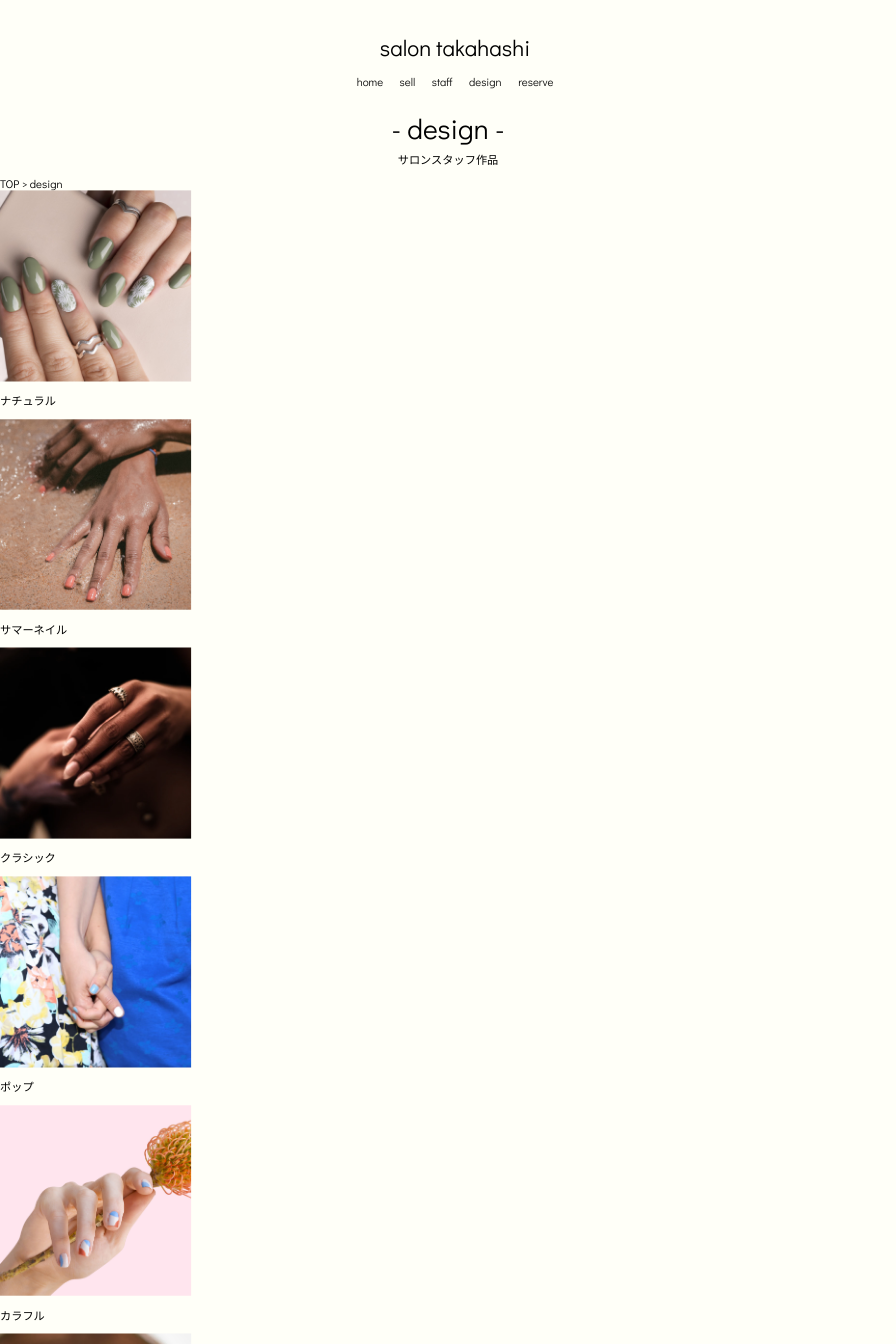
Repository: yukitakahashi1002/salontakahashi-
Page: design.html
The author's editor kept a copy of each file at every save. The page is drawn from the files as they stood at one save, then again after the next save.
The browser window is 1280 px wide. The pictures show the part of the page from y = 0 to 1920 px (the page is 2339 px tall before and 4786 px after), at 70% of full size.

Above is the page before, as saved 2023-08-05 03:28:06.

### design.html
<!DOCTYPE html>
<html>
<head>
    <title>Salon Takahashi - design サロンスタッフ作品 -</title>
    <meta charset="utf-8">
    <meta name="description" content="サロンタカハシのサロンスタッフ作品です">
    <meta name="viewport" content="width=device-width, initial-scale=1.0">
    <link rel="stylesheet" href='https://fonts.googleapis.com/css?family=Didact Gothic'>
    <link rel="stylesheet" href="css/normalize.css">
    <link rel="stylesheet" href="css/style.css">
</head>
<body>
    <!-- ヘッダー -->
    <header>
        <!-- サイトタイトル -->
        <h1>salon takahashi</h1>

        <!-- PC用ナビゲーション -->
        <nav id="nav-pc">
            <a href="/">home</a>
            <a href="sell.html">sell</a>
            <a href="staff.html">staff</a>
            <a href="design.html">design</a>
            <a href="reserve.html">reserve</a>
        </nav>
    </header>
    <main>
        <article>
            <!-- design -->
            <section id="design">
                <div class="section-title">
                    <h2 class="index-h2">- design -</h2>
                    <p>サロンスタッフ作品</p>
                </div>
                <div>TOP > design</div>
                <div id="design-flex">
                    <div class="cover-box">
                        <div class="image-box">
                            <img src="images/11062b_9df65b2e64bf4c59a4779a8c5343cb09~mv2.jpeg" alt="ナチュラルデザイン">
                            <p>ナチュラル</p>
                        </div>
                        <div class="dark-covor"></div>
                    </div>
                    <div class="cover-box">
                        <div class="image-box">
                            <img src="images/11062b_0dade67ad0db4ad1a2b6c583999e92bd~mv2.jpg" alt="サマーネイルデザイン">
                            <p>サマーネイル</p>
                        </div>
                        <div class="dark-covor"></div>
                    </div>
                    <div class="cover-box">
                        <div class="image-box">
                            <img src="images/11062b_5383a004ba374841aa02b84e27fb6b95~mv2.webp" alt="クラシックデザイン">
                            <p>クラシック</p>
                        </div>
                        <div class="dark-covor"></div>
                    </div>
                    <div class="cover-box">
                        <div class="image-box">
                            <img src="images/2def25202e084cf0a39aa2a530291a8a.webp" alt="ポップデザイン">
                            <p>ポップ</p>
                        </div>
                        <div class="dark-covor"></div>
                    </div>
                    <div class="cover-box">
                        <div class="image-box">
                            <img src="images/1a7f9b8037f3460ab6f1dd794ecc264a.jpg" alt="カラフルデザイン">
                            <p>カラフル</p>
                        </div>
                        <div class="dark-covor"></div>
                    </div>
                    <div class="cover-box">
                        <div class="image-box">
                            <img src="images/11062b_bb28f763d86a4318a737d28d7846d319~mv2.jpg" alt="シンプルデザイン">
                            <p>シンプル</p>
                        </div>
                        <div class="dark-covor"></div>
                    </div>
                </div>
            </section>
        </article>
        <footer>
            <p>salon takahashi</p>
        </footer>
    </main>
</body>
</html>

### css/style.css
@charset "utf-8";

/*
* *********************************
*　ページ全体に関わるのCSS設定
* *********************************
*/
html *,
::before,
::after {
    box-sizing: border-box;
}

html {
    font-size: 14px;
}
@media (min-width: 768px)  {
    html {
        font-size: 16px;
    }
}

body {
    font-family: 'Didact Gothic', sans-serif;
    background-color: #FFFFF8;
}

/* 標準的なリンクのテキストの色 */
a {
    color: #f30;
}



/*=============
PC用のスタイル
==============*/
/* 横幅設定 */
body {
    max-width: 1800px;
    min-width: 960px;
    margin: 0 auto 0 auto;
}

/* ヘッダー */
header {
    text-align: center;
    margin-top: 50px;
}
header > h1 {
    margin-left: 20px;
    font-weight: normal;
}

/* ナビゲーションのレイアウト */
#nav-pc > a:link {
    text-decoration: none;
    margin-left: 20px;
    color: #0d0d0d;
}

#nav-pc > a:visited {
    color: #0d0d0d;
}

#nav-pc > a:hover {
    color: #0d0d0d;
    text-decoration: underline;
}

#nav-pc > a:active {
    color: #0d0d0d;
}

/* メインビジュアル */
#main-visual {
    text-align: center;
}

#main-message > h1 {
    font-size: 60px;
    margin: 100px auto 0 auto;
    font-weight: normal;
}
#main-message > p {
    font-size: 20px;
}

#main-visual > img {
    margin: 80px auto 0 auto;
}

/* 見出し */
.section-title {
    text-align: center;
}
.section-title > P {
    margin-top: -20px;
}


h2 {
    font-weight: normal;
    font-size: 40px;
}

h3 {
    font-size: 20px;
}

/* メニュー */
#menu {
    margin: 100px auto 80px auto;
    width: 100%;
}

#menu-flex {
    width: 100%;
    display: flex;
    justify-content: space-between;
}

#menu-flex > div {
    width: 50%;
    height: 600px;
    margin-top: 50px;
}

.menu-flex-left {
    display: flex;
    align-items: flex-start;
    position: relative;
    margin-right: 20px;
    margin-left: 20px;
}

.menu-flex-left > img {
    width: 100%;
}

.placebox-left {
    width: 30%;
    position: absolute;
    top: 25%;
    left: 50%;
    -ms-transform: translate(-50%, -50%);
    -webkit-transform: translate(-50%, -50%);
    transform: translate(-50%, -50%);
    margin: 0;
    padding: 0;
    background-color: #666666;
    opacity: 0.5;
    color: #FFFFFF;
    text-align: center;
    font-weight: bold;
}

/* 商品ページの商品コメント */
.sell-description-left {
    width: 80%;
    position: absolute;
    bottom: 0;
    left: 55%;
    -ms-transform: translate(-50%, -50%);
    -webkit-transform: translate(-50%, -50%);
    transform: translate(-50%, -50%);
    margin: 0;
    padding: 0;
    text-align: left;
}

/* スタッフページスタッフ名部分 */
.staff-flex {
    text-align: center;
    margin: 3rem 0 0 0;
}

.menu-flex-right {
    display: flex;
    align-items: flex-end;
    position: relative;
    margin-right: 20px;
    margin-left: 20px;
}


.menu-flex-right > img {
    width: 100%;
}

.placebox-right {
    width: 30%;
    position: absolute;
    bottom: 10%;
    right: 20%;
    -ms-transform: translate(-50%, -50%);
    -webkit-transform: translate(-50%, -50%);
    transform: translate(-50%, -50%);
    margin: 0;
    padding: 0;
    background-color: #666666;
    opacity: 0.5;
    color: #FFFFFF;
    text-align: center;
    font-weight: bold;
}

/* 商品ページの商品コメント */
.sell-description-right {
    width: 80%;
    position: absolute;
    top: 5%;
    right: 23%;
    -ms-transform: translate(0, -50%);
    -webkit-transform: translate(0, -50%);
    transform: translate(0, -50%);
    margin: 0;
    padding: 0;
    text-align: left;
}

/* デザイン画像 */
.image-box > img {
    width: 273px;
    height: auto;
}

.menu-foot {
    text-align: left;
    width: 60%;
    margin: 0 0 0 30%;
}

.menu-foot p {
    margin: 5px 0 5px 0;
    font-size: 16px;
}

/* インフォメーション */
#information {
    margin: 100px auto 80px auto;
    width: 100%;
}

/* 表部分 */
/* height: 330px;効かない */
table {
    border-collapse:collapse;
    border-spacing: 0;
    height: 330px;
}

/* .information-table > td だと効かない */
.infomertion-left {
    width: 50%;
    height: 200px;
    background-color: #F2F2F2;
    text-align: center;
    vertical-align: center;
    line-height: 40px;
}

.infomertion-right {
    width: 50%;
    /* height: 200px; */
}

strong {
    font-size: 30px;
}

footer {
    margin: 50px auto;
    text-align: center;
}

footer p {
    font-size: 20px;
}

Loaded but not shown: css/normalize.css (library)

After the next save:
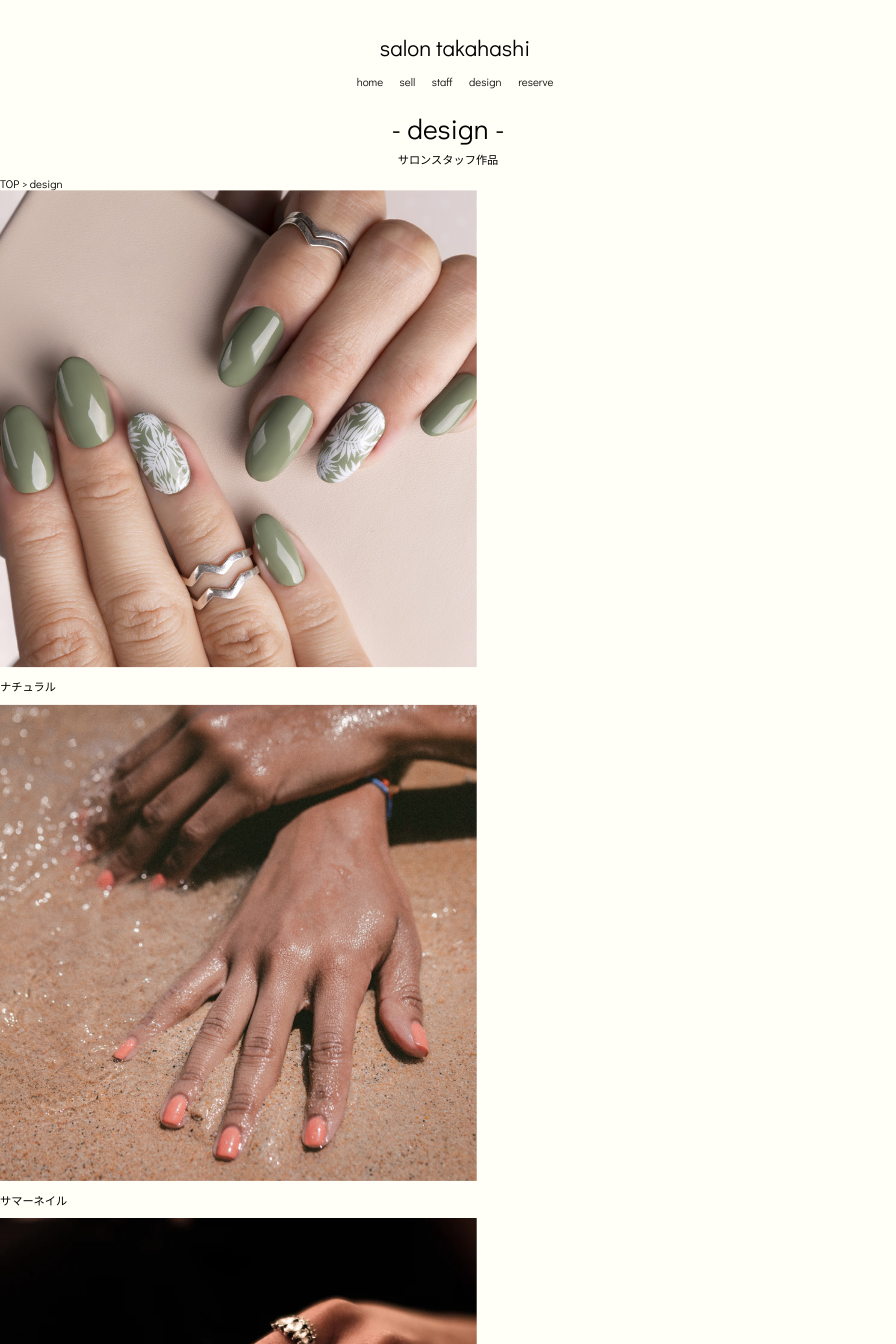
Saved 42 s later.
--- a/css/style.css
+++ b/css/style.css
@@ -221,7 +221,7 @@ h3 {
 
 /* デザイン画像 */
 .image-box > img {
-    width: 273px;
+    width: 681px;
     height: auto;
 }
 
